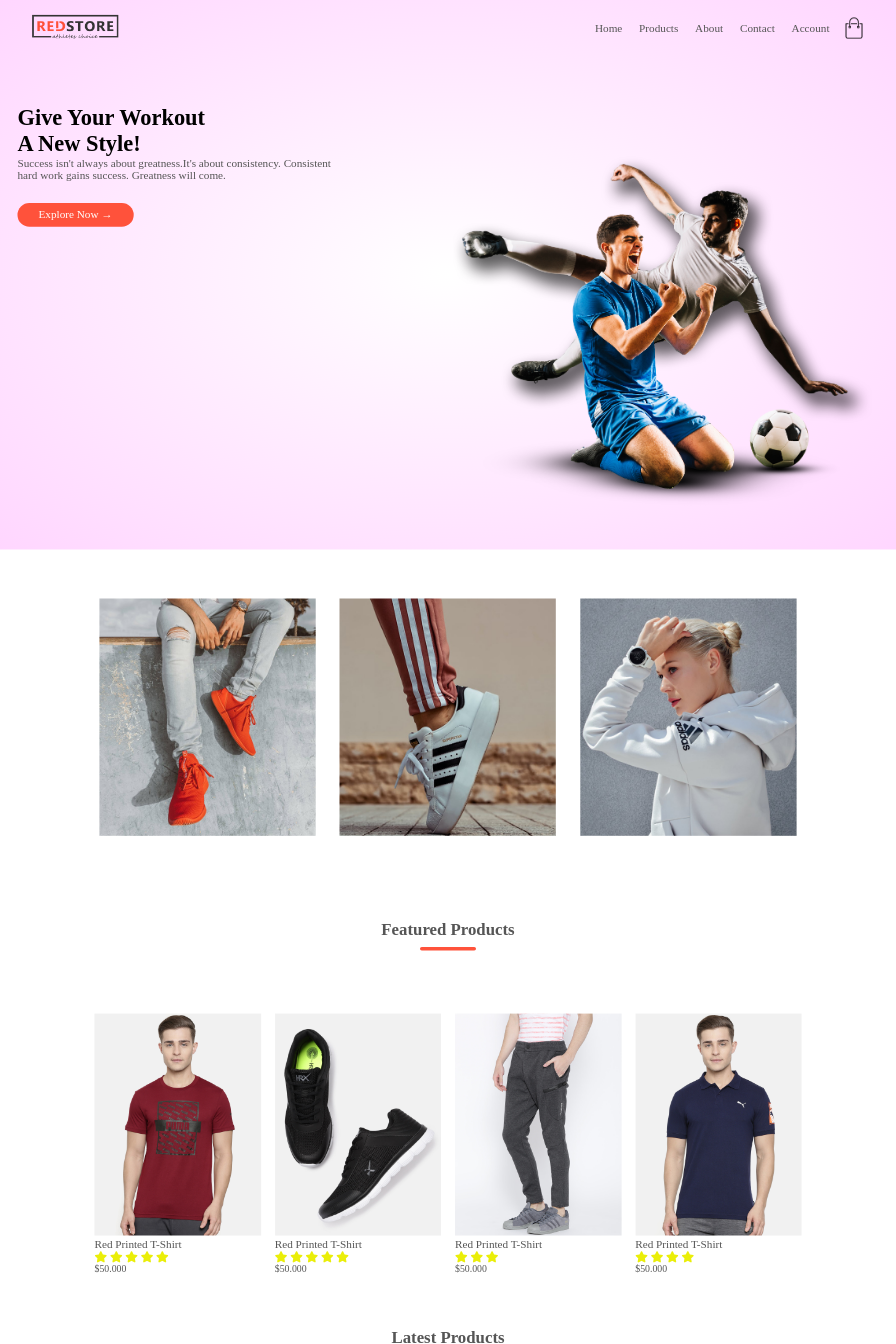
Repository: tuan21052000/Frontend
Page: index.html
An editor plug-in stored every save of this project. The page is shown before and after the next save, followed by the edit.
The browser window is 1280 px wide. The pictures show the part of the page from y = 0 to 1920 px (the page is 4529 px tall), at 70% of full size.

Above is the page before, as saved 2022-05-14 20:22:07.

### index.html
<!DOCTYPE html>
<html lang="en">
<head>
    <meta charset="UTF-8">
    <meta name="viewport" content="width=device-width, initial-scale=1.0">
    <meta http-equiv="X-UA-Compatible" content="IE=edge">
    <meta name="viewport" content="width=device-width, initial-scale=1.0">
    <title>RedStore | Ecommerce Website Design</title>
    <link rel="stylesheet" href="style.css">
    <link href="https://fonts.googleapis.com/css2?family=Poppins:wght@300;400;500;600;700&display=swap" rel="stylesheet">
    <link rel="stylesheet" href="https://use.fontawesome.com/releases/v5.15.4/css/all.css" />
</head>
<body>
    <div class="header">


    <div class="container">
        <div class="navbar">
            <div class="logo">
                <img src="images/logo.png" width="125px">
            </div>
            <nav>
                <ul id="MenuItems">
                    <li><a href="">Home</a></li>
                    <li><a href="">Products</a></li>
                    <li><a href="">About</a></li>
                    <li><a href="">Contact</a></li>
                    <li><a href="">Account</a></li>
                </ul>
            </nav>
            <img src="images/cart.png" width="30px" height="30px">
            <img src="images/menu.png" class="menu-icon" onclick="menutoggle()">
        </div>
        <div class="row">
            <div class="col-2">
                <h1>Give Your Workout <br>A New Style!</h1>
                <p>Success isn't always about greatness.It's about
                consistency. Consistent<br> hard work gains success. Greatness
                will come.
                </p>
                <a href="" class="btn">Explore Now &#8594;</a>
            </div>
            <div class="col-2">
              <img src="images/image1.png">
            </div>
        </div>
    </div>
</div>
<!-- -----Loại sản phẩm------- -->
   <div class="categories">
       <div class="small-container">
        <div class="row">
            <div class="col-3">
                <img src="images/category-1.jpg">
            </div>
            <div class="col-3">
             <img src="images/category-2.jpg">
         </div>
         <div class="col-3">
             <img src="images/category-3.jpg">
         </div>
        </div>
       </div>
   </div>
<!--    -------aaaa------------ -->
<div class="small-container">
    <h2 class="title">Featured Products</h2>
    <div class="row">
    <div class="col-4">
        <img src="images/product-1.jpg">
        <h4>Red Printed T-Shirt</h4>
        <div class="rating">
            <i class="fa fa-star"></i>
            <i class="fa fa-star"></i>
            <i class="fa fa-star"></i>
            <i class="fa fa-star"></i>
            <i class="fa fa-star"></i>
        </div>
        <p>$50.000</p>
    </div>
    <div class="col-4">
        <img src="images/product-2.jpg">
        <h4>Red Printed T-Shirt</h4>
        <div class="rating">
            <i class="fa fa-star"></i>
            <i class="fa fa-star"></i>
            <i class="fa fa-star"></i>
            <i class="fa fa-star"></i>
            <i class="fa fa-star"></i>
        </div>
        <p>$50.000</p>
    </div>
    <div class="col-4">
        <img src="images/product-3.jpg">
        <h4>Red Printed T-Shirt</h4>
        <div class="rating">
            <i class="fa fa-star"></i>
            <i class="fa fa-star"></i>
            <i class="fa fa-star"></i>
            <i class="fa fa-star-half-o"></i>
            <i class="fa fa-star-o"></i>
        </div>
        <p>$50.000</p>
    </div>
    <div class="col-4">
        <img src="images/product-4.jpg">
        <h4>Red Printed T-Shirt</h4>
        <div class="rating">
            <i class="fa fa-star"></i>
            <i class="fa fa-star"></i>
            <i class="fa fa-star"></i>
            <i class="fa fa-star"></i>
            <i class="fa fa-star-o"></i>
        </div>
        <p>$50.000</p>
    </div>
    </div>
    <h2 class="title">Latest Products</h2>
    <div class="row">
        <div class="col-4">
            <img src="images/product-5.jpg">
            <h4>Red Printed T-Shirt</h4>
            <div class="rating">
                <i class="fa fa-star"></i>
                <i class="fa fa-star"></i>
                <i class="fa fa-star"></i>
                <i class="fa fa-star"></i>
                <i class="fa fa-star"></i>
            </div>
            <p>$50.000</p>
        </div>
        <div class="col-4">
            <img src="images/product-6.jpg">
            <h4>Red Printed T-Shirt</h4>
            <div class="rating">
                <i class="fa fa-star"></i>
                <i class="fa fa-star"></i>
                <i class="fa fa-star"></i>
                <i class="fa fa-star"></i>
                <i class="fa fa-star"></i>
            </div>
            <p>$50.000</p>
        </div>
        <div class="col-4">
            <img src="images/product-7.jpg">
            <h4>Red Printed T-Shirt</h4>
            <div class="rating">
                <i class="fa fa-star"></i>
                <i class="fa fa-star"></i>
                <i class="fa fa-star"></i>
                <i class="fa fa-star-half-o"></i>
                <i class="fa fa-star-o"></i>
            </div>
            <p>$50.000</p>
        </div>
        <div class="col-4">
            <img src="images/product-8.jpg">
            <h4>Red Printed T-Shirt</h4>
            <div class="rating">
                <i class="fa fa-star"></i>
                <i class="fa fa-star"></i>
                <i class="fa fa-star"></i>
                <i class="fa fa-star"></i>
                <i class="fa fa-star-o"></i>
            </div>
            <p>$50.000</p>
        </div>
        </div>
        <div class="row">
            <div class="col-4">
                <img src="images/product-9.jpg">
                <h4>Red Printed T-Shirt</h4>
                <div class="rating">
                    <i class="fa fa-star"></i>
                    <i class="fa fa-star"></i>
                    <i class="fa fa-star"></i>
                    <i class="fa fa-star"></i>
                    <i class="fa fa-star"></i>
                </div>
                <p>$50.000</p>
            </div>
            <div class="col-4">
                <img src="images/product-10.jpg">
                <h4>Red Printed T-Shirt</h4>
                <div class="rating">
                    <i class="fa fa-star"></i>
                    <i class="fa fa-star"></i>
                    <i class="fa fa-star"></i>
                    <i class="fa fa-star"></i>
                    <i class="fa fa-star"></i>
                </div>
                <p>$50.000</p>
            </div>
            <div class="col-4">
                <img src="images/product-11.jpg">
                <h4>Red Printed T-Shirt</h4>
                <div class="rating">
                    <i class="fa fa-star"></i>
                    <i class="fa fa-star"></i>
                    <i class="fa fa-star"></i>
                    <i class="fa fa-star-half-o"></i>
                    <i class="fa fa-star-o"></i>
                </div>
                <p>$50.000</p>
            </div>
            <div class="col-4">
                <img src="images/product-12.jpg">
                <h4>Red Printed T-Shirt</h4>
                <div class="rating">
                    <i class="fa fa-star"></i>
                    <i class="fa fa-star"></i>
                    <i class="fa fa-star"></i>
                    <i class="fa fa-star"></i>
                    <i class="fa fa-star-o"></i>
                </div>
                <p>$50.000</p>
            </div>
        </div>
</div>
<!-- ----------offer------------- -->
<div class="offer">
    <div class="small-container">
        <div class="row">
            <div class="col-2">
                <img src="images/exclusive.png" class="offer-img">
            </div>
            <div class="col-2">
               <p>Exclusively Available on RedStore</p>
               <h1>Smart Band 4</h1>
               <small>The Mi Smart Band 4 features a 39.9% large
                   (than Mi Band 3) AMOLED color full-touch display with
                   adjustable brightness, so everything is clear as can
                   be.</small>
               <a href="" class="btn">Buy Now &#8594;</a>
            </div>
        </div>
    </div>
</div>
<!-- -----testi---- -->
       <div class="testimonial">
           <div class="small-container">
               <div class="row">
                   <div class="col-3">
                       <i class="fa fa-quote-left"></i>
                       <p>Lorem ipsum dolor sit, amet consectetur adipisicing elit.
                            Tenetur quod unde ullam, et dicta deserunt exercitationem
                            excepturi quis quo mollitia quibusdam quam consectetur? Facere aut numquam inventore, veniam pariatur quod.</p>
                            <div class="rating">
                                <i class="fa fa-star"></i>
                                <i class="fa fa-star"></i>
                                <i class="fa fa-star"></i>
                                <i class="fa fa-star"></i>
                                <i class="fa fa-star"></i>
                            </div>
                            <img src="images/user-1.png">
                            <h3>Sean Parker</h3>
                   </div>
                   <div class="col-3">
                    <i class="fa fa-quote-left"></i>
                    <p>Lorem ipsum dolor sit, amet consectetur adipisicing elit.
                         Tenetur quod unde ullam, et dicta deserunt exercitationem
                         excepturi quis quo mollitia quibusdam quam consectetur? Facere aut numquam inventore, veniam pariatur quod.</p>
                         <div class="rating">
                             <i class="fa fa-star"></i>
                             <i class="fa fa-star"></i>
                             <i class="fa fa-star"></i>
                             <i class="fa fa-star"></i>
                             <i class="fa fa-star"></i>
                         </div>
                         <img src="images/user-2.png">
                         <h3>Mike Smith</h3>
                </div>
                <div class="col-3">
                    <i class="fa fa-quote-left"></i>
                    <p>Lorem ipsum dolor sit, amet consectetur adipisicing elit.
                         Tenetur quod unde ullam, et dicta deserunt exercitationem
                         excepturi quis quo mollitia quibusdam quam consectetur? Facere aut numquam inventore, veniam pariatur quod.</p>
                         <div class="rating">
                             <i class="fa fa-star"></i>
                             <i class="fa fa-star"></i>
                             <i class="fa fa-star"></i>
                             <i class="fa fa-star"></i>
                             <i class="fa fa-star"></i>
                         </div>
                         <img src="images/user-3.png">
                         <h3>Mabel Joe</h3>
                </div>
               </div>
           </div>
       </div>
<!-- ---------------brands-------------- -->
    <div class="brands">
        <div class="small-container">
            <div class="row">
                <div class="col-5">
                    <img src="images/logo-godrej.png">
                </div>
                <div class="col-5">
                    <img src="images/logo-oppo.png">
                </div>
                <div class="col-5">
                    <img src="images/logo-coca-cola.png">
                </div>
                <div class="col-5">
                    <img src="images/logo-paypal.png">
                </div>
                <div class="col-5">
                    <img src="images/logo-philips.png">
                </div>
            </div>
        </div>
    </div>
<!--------------footer------------------ -->
<div class="footer">
    <div class="container">
        <div class="row">
            <div class="footer-col-1">
                <h3>Download Our App</h3>
                <p>Download App for Android and ios mobile phone.</p>
                 <div class="app-logo">
                     <img src="images/play-store.png">
                     <img src="images/app-store.png">
                 </div>
            </div>
            <div class="footer-col-2">
               <img src="images/logo-white.png">
                <p>Download App for Android and ios mobile phone.</p>
            </div>
            <div class="footer-col-3">
                <h3>Useful Links</h3>
                <ul>
                    <li>Coupons</li>
                    <li>Blog Post</li>
                    <li>Return Policy</li>
                    <li>Join Affiliate</li>
                </ul>
            </div>
            <div class="footer-col-4">
                <h3>Follow us</h3>
                <ul>
                    <li>Facebook</li>
                    <li>Twitter</li>
                    <li>Instagram</li>
                    <li>Youtube</li>
                </ul>
            </div>
        </div>
        <hr>
        <p class="copyright">Copyright 2022 - Tuấn đẹp trai</p>
    </div>
   <!--  -----js------- -->
   <script>
       var MenuItems = document.getElementById("MenuItems");

       function menutoggle(){
           if(MenuItems.style.maxHeight == "0px")
           {
               MenuItems.style.maxHeight = "200px";
           }
           else
           {
               MenuItems.style.maxHeight = "0px";
           }
       }
   </script>
</div>
</body>
</html>

### style.css
* {
    margin: 0;
    padding: 0;
    box-sizing: border-box;
}
.navbar{
   display: flex;
   align-items: center;
   padding: 20px;
}
nav {
    flex: 1;
    text-align: right;
}
nav ul {
    display: inline-block;
    list-style-type: none;
}
nav ul li{
    display: inline-block;
    margin-right: 20px;
}
a {
    text-decoration: none;
    color: #555;
}
p {
    color:#555;
}
.container {
    max-width: 1300px;
    margin: auto;
    padding-left: 25px;
    padding-right:25px;
}
.row {
    display: flex;
    align-items: top;
    flex-wrap: wrap;
    justify-content: space-around;
}
.col-2 {
    flex-basis: 50%;
    min-width: 300px;
}
.col-2 img {
    max-width: 100%;
    padding: 50px 0;
}
.btn {
    display: inline-block;
    background: #ff523b;
    color: #fff;
    padding: 8px 30px;
    margin: 30px 0;
    border-radius: 30px;
    transition: background 0.5s;
}
.btn:hover {
    background: #563434;
}
.header {
    background: radial-gradient(#fff,#ffd6ff);
}
.header .row{
   margin-top: 70px;
}
.categories {
    margin: 70px 0;
}
.col-3{
    flex-basis: 30%;
    min-width: 250px;
    margin-bottom: 30px;
}
.col-3 img{
    width: 100%;
}
.small-container{
    max-width: 1080px;
    margin: auto;
    padding-left: 25px;
    padding-right: 25px;

}
.col-4{
    flex-basis: 25%;
    padding: 10px;
    min-width: 200px;
    margin-bottom: 50px;
    transform: transforn 0.5s;
}
.col-4 img{
    width: 100%;
}
.title{
    text-align: center;
    margin: 0 auto 80px;
    position: relative;
    line-height: 60px;
    color:#555;
}
.title::after{
    content: '';
    background: #ff523b;
    width: 80px;
    height: 5px;
    border-radius: 5px;
    position: absolute;
    bottom: 0;
    left: 50%;
    transform: translateX(-50%);
}
h4{
    color:#555;
    font-weight: normal;
}
.col-4 p{
    font-size: 14px;
}
.rating .fa{
    color: #eaee09;
}
.col-4:hover{
    transform: translateY(-5px); /* tạo hiệu ứng */
}
.offer {
    background: radial-gradient(#fff,#ffd6d6);
    margin-top: 80px;
    padding: 30px 0;
}
.col-2 .offer-img{
    padding: 50px;
}
small{
    color:#555;
}
/* -------------testimonial----------- */
.testimonial{
    padding-top: 100px;
}
.testimonial .col-3 {
    text-align: center;
    padding: 40px 20px;
    box-shadow: 0 0 20px 0px rgba(0,0,0,0.1);
    cursor: pointer;
    transition: transform 0.5s;
}
.testimonial .col-3 img{
    width: 50px;
    margin-top: 20px;
    border-radius: 50%;
}
.testimonial .col-3:hover {
    transform: translateY(-10px);

}
.fa.fa-quote-left{
    font-size: 34px;
    color:#ff523b;
}
.col-3 p{
    font-size: 12px;
    margin: 12px 0;
    color:#777;
}
.testimonial .col-3 h3{
   font-weight: 600;
   color: #555;
   font-size: 16px;
}
/* --------------brands---------------- */
.brands{
    margin: 100px auto;
}
.col-5{
    width: 160px;
}
.col-5 img{
    width:100%;
    cursor: pointer;
    filter: grayscale(100%);
}
.col-5 img:hover{
    filter:grayscale(0);
}
/* ------------footer------------- */
.footer{
    background: #000;
    color: #8a8a8a;
    font-size: 14px;
    padding: 60px 0 20px;
}
.footer p{
  color: #8a8a8a;
}
.footer h3{
    color: #fff;
    margin-bottom: 20px;
}
.footer-col-1, .footer-col-2, .footer-col-3, .footer-col-4{
    min-width: 250px;
    margin-bottom: 20px;
}
.footer-col-1{
    flex-basis: 30%;
}
.footer-col-2{
    flex:1;
    text-align: center;
}
.footer-col-2 img{
   width: 180px;
   margin-bottom: 20px;
}
.footer-col-3, .footer-col-4{
   flex-basis: 15%;
   text-align: center;
}
ul{
    list-style-type: none;
}
.app-logo{
    margin-top: 20px;
}
.app-logo img{
    width: 140px;
}
.footer hr{
    border: none;
    background: #b5b5b5;
    height: 1px;
    margin: 20px 0;
}
.copyright{
    text-align: center;
}
.menu-icon{
    width: 28px;
    margin-left: 20px;
    display: none;
}
/* ----------reponsible---------- */
@media only screen and (max-width: 800px){

    nav ul{
        position: absolute;
        top: 70px;
        left: 0;
        background: #333;
        width: 100px;
        overflow: hidden;
        transition: max-height 0.5;
    }
    nav ul li{
        display: block;
        margin-right: 50px;
        margin-top: 10px;
        margin-bottom: 10px;
    }
    nav ul li a{
        color: #fff;
    }
    .menu-icon{
        display: block;
        cursor: pointer;
    }
}
/* ------------all products page-------- */
.row-2 {
    justify-content: space-between;
    margin: 100px auto 50px;
}
select{
    border: 1px solid #ff523b;
    padding: 5px;
}
select:focus{
    outline: none;
}
.page-btn{
    margin: 0 auto 80px;
}
.page-btn span{
    display: inline-block;
    border: 1px solid #ff523b;
    margin-left: 10px;
    width: 40px;
    height: 40px;
    text-align: center;
    line-height: 40px;
    cursor: pointer;
}
.page-btn span:hover{
    background: #ff523b;
    color:#fff;
}
/* -----single products details----- */

/* media query for less than 600 screen size */
@media only screen and (max-width: 800px) {
    .row{
        text-align: center;
    }
    .col-2, .col-3, .col-4{
        flex-basis: 100%;
    }
}

After the next save:
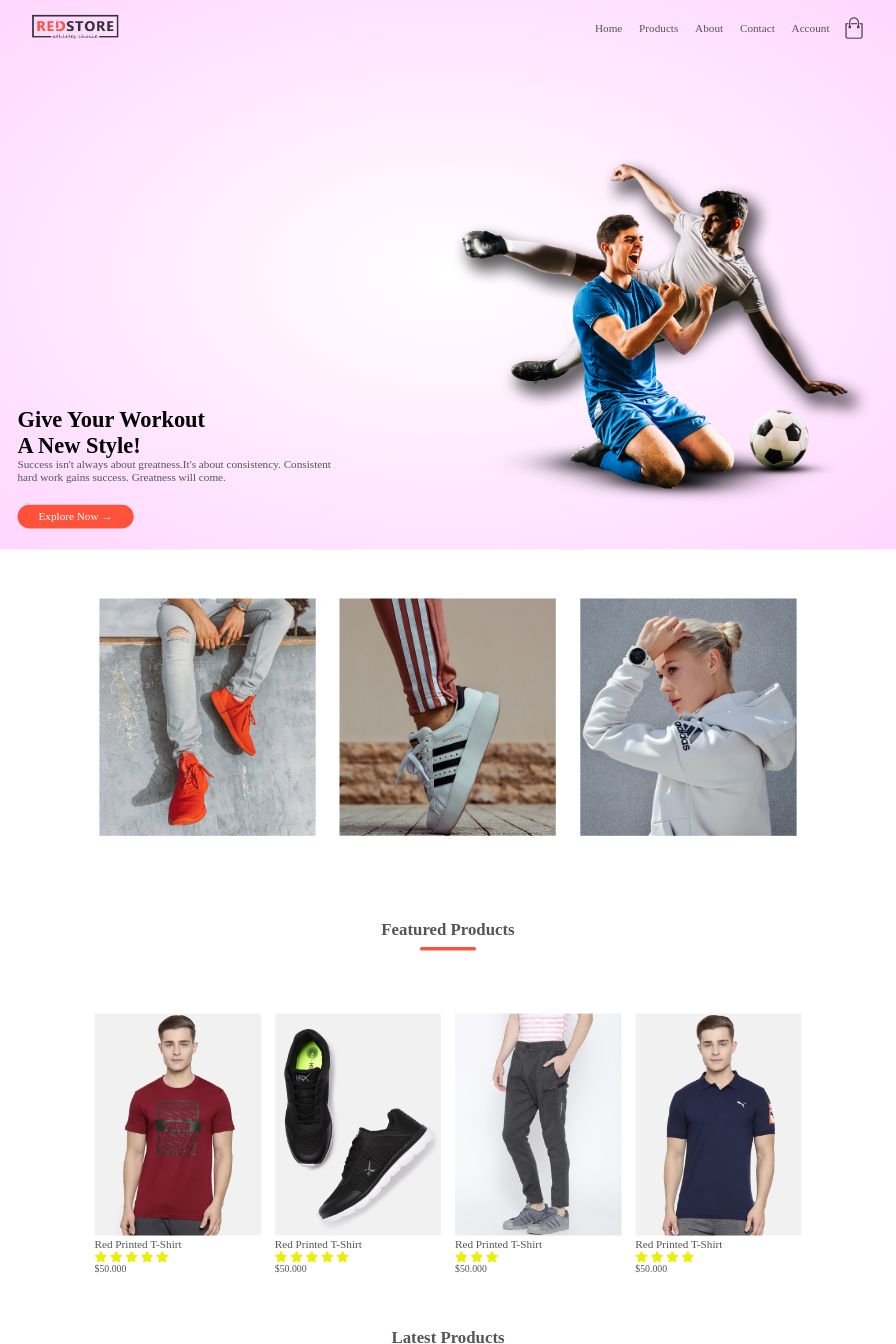
Saved 25 s later.
--- a/style.css
+++ b/style.css
@@ -35,7 +35,7 @@
 }
 .row {
     display: flex;
-    align-items: top;
+    align-items: flex-end;
     flex-wrap: wrap;
     justify-content: space-around;
 }

After the save that followed:
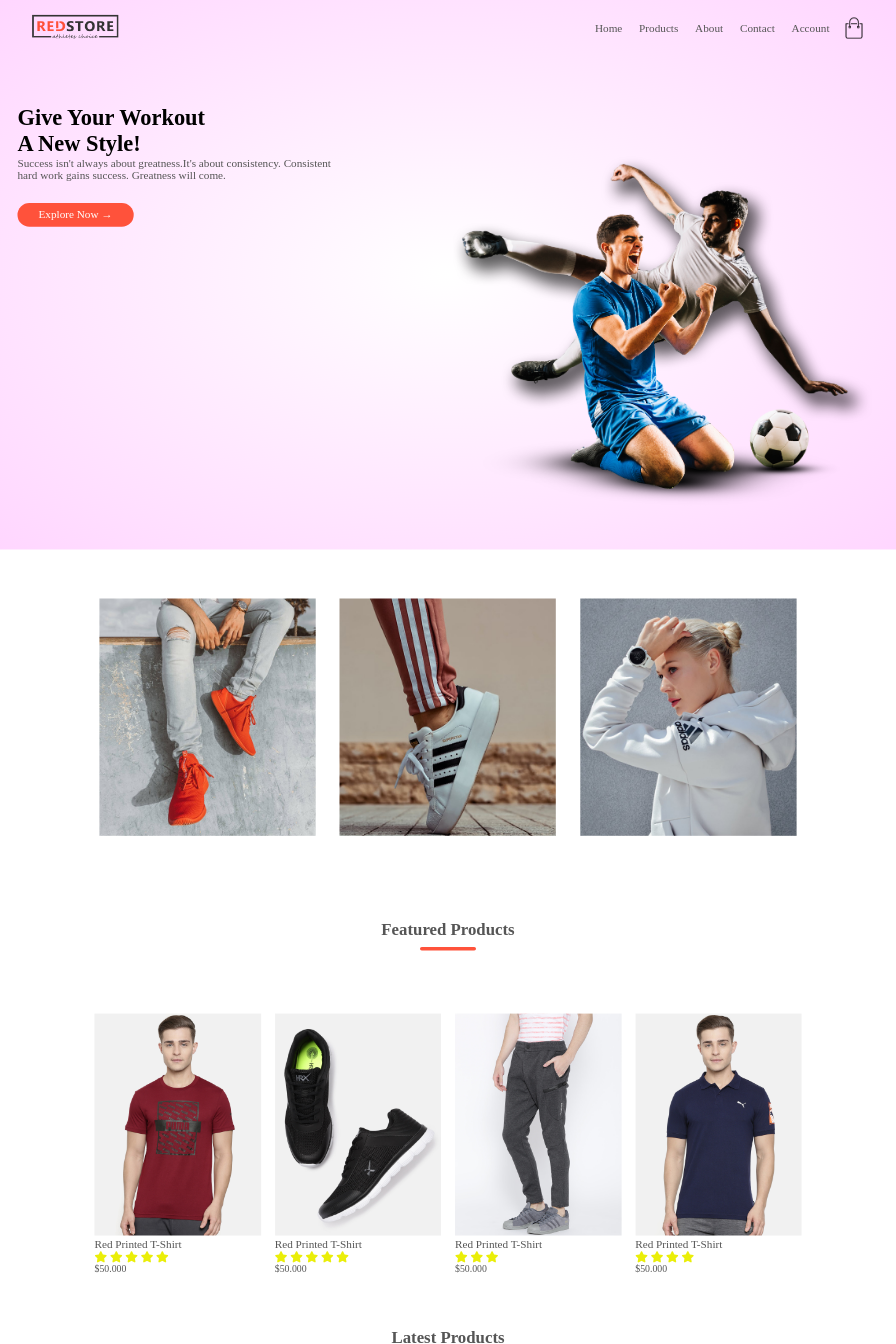
Saved 6 s later.
--- a/style.css
+++ b/style.css
@@ -35,7 +35,7 @@
 }
 .row {
     display: flex;
-    align-items: flex-end;
+    align-items: flex-top;
     flex-wrap: wrap;
     justify-content: space-around;
 }
